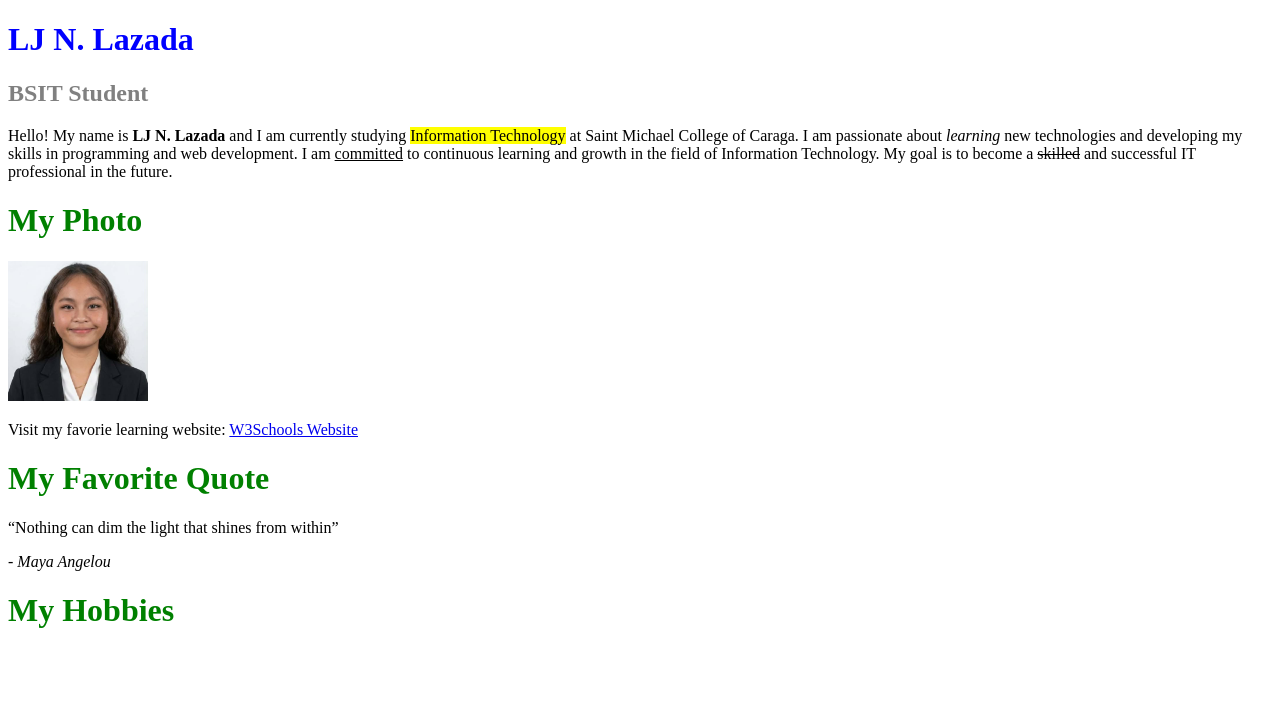
Repository: ljlazada11/myfirsthtml
Page: index.html
The author's editor kept a copy of each file at every save. The page is drawn from the files as they stood at one save, then again after the next save.
The browser window is 1280 px wide. The pictures show the whole page.

Above is the page before, as saved 2026-06-24 19:52:26.

### index.html
<!DOCTYPE html>
<html lang="en">
<head>
    <meta charset="UTF-8">
    <meta name="viewport" content="width=device-width, initial-scale=1.0">
    <title>My Personal Web Profile</title>
    <link rel="icon" type="image/x-icon" href="images.png">

</head>
<body>
    <h1 style="color:blue;">LJ N. Lazada</h1>
    <h2 style="color:gray;">BSIT Student</h2>
    <p>Hello! My name is <strong>LJ N. Lazada</strong> and I am currently studying <mark>Information Technology</mark> at Saint Michael College of Caraga. I am passionate about <i>learning</i> new technologies and developing my skills in programming and web development. I am <ins>committed</ins> to continuous learning and growth in the field of Information Technology. My goal is to become a <del>skilled</del> and successful IT professional in the future.</p>
</body>
    <h1 style="color:green;">My Photo</h1>
    <img src="pic.jpg" alt="My	Profile	Picture" width="140" height="140">
    <p> Visit my favorie learning website: <a href="https://www.w3schools.com/html/default.asp" target="_blank">W3Schools	Website</a></p>

<body>
    <h1 style="color:green;">My Favorite Quote</h1>
    <p><q>Nothing can dim the light that shines from within</q></p>
    <p><cite>- Maya Angelou</cite></p>
</body>
<body>
    <h1 style="color:green;">My Hobbies</h1>

</body>


</html>

After the next save:
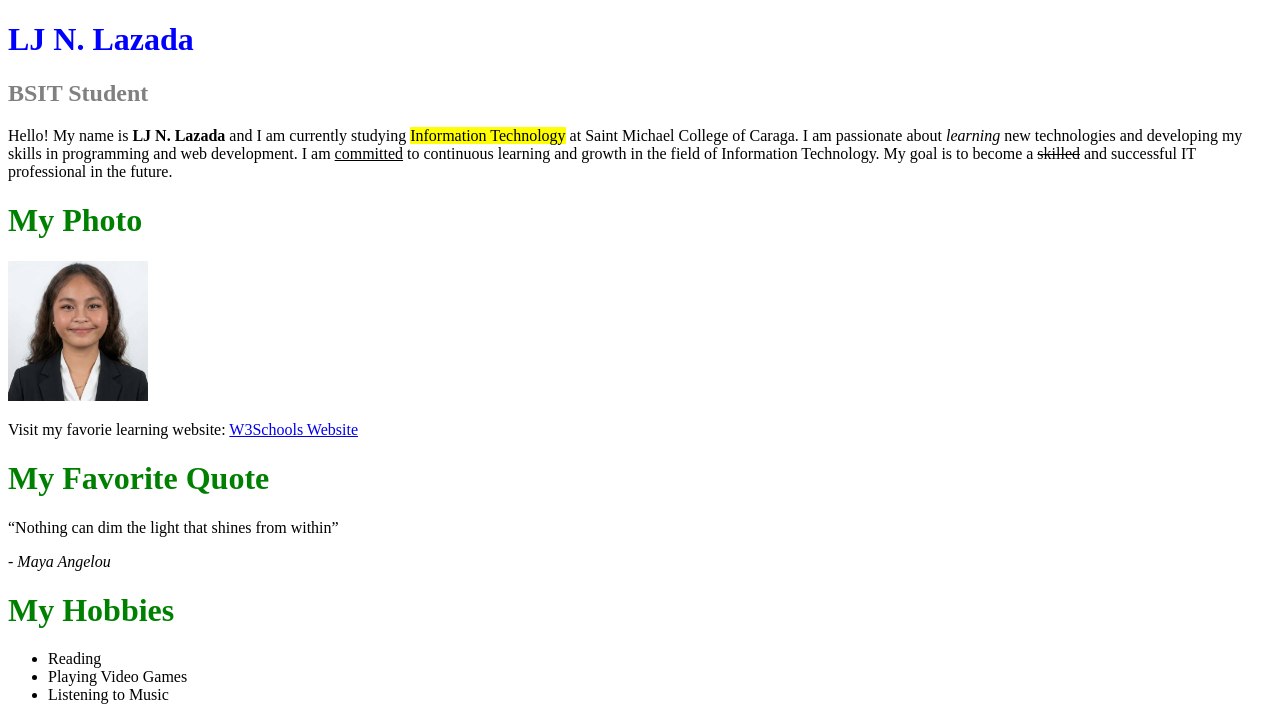
Saved 55 s later.
--- a/index.html
+++ b/index.html
@@ -23,7 +23,11 @@
 </body>
 <body>
     <h1 style="color:green;">My Hobbies</h1>
-
+    <ul>
+        <li>Reading</li>
+        <li>Playing Video Games</li>
+        <li>Listening to Music</li>
+    </ul>
 </body>
 
 
